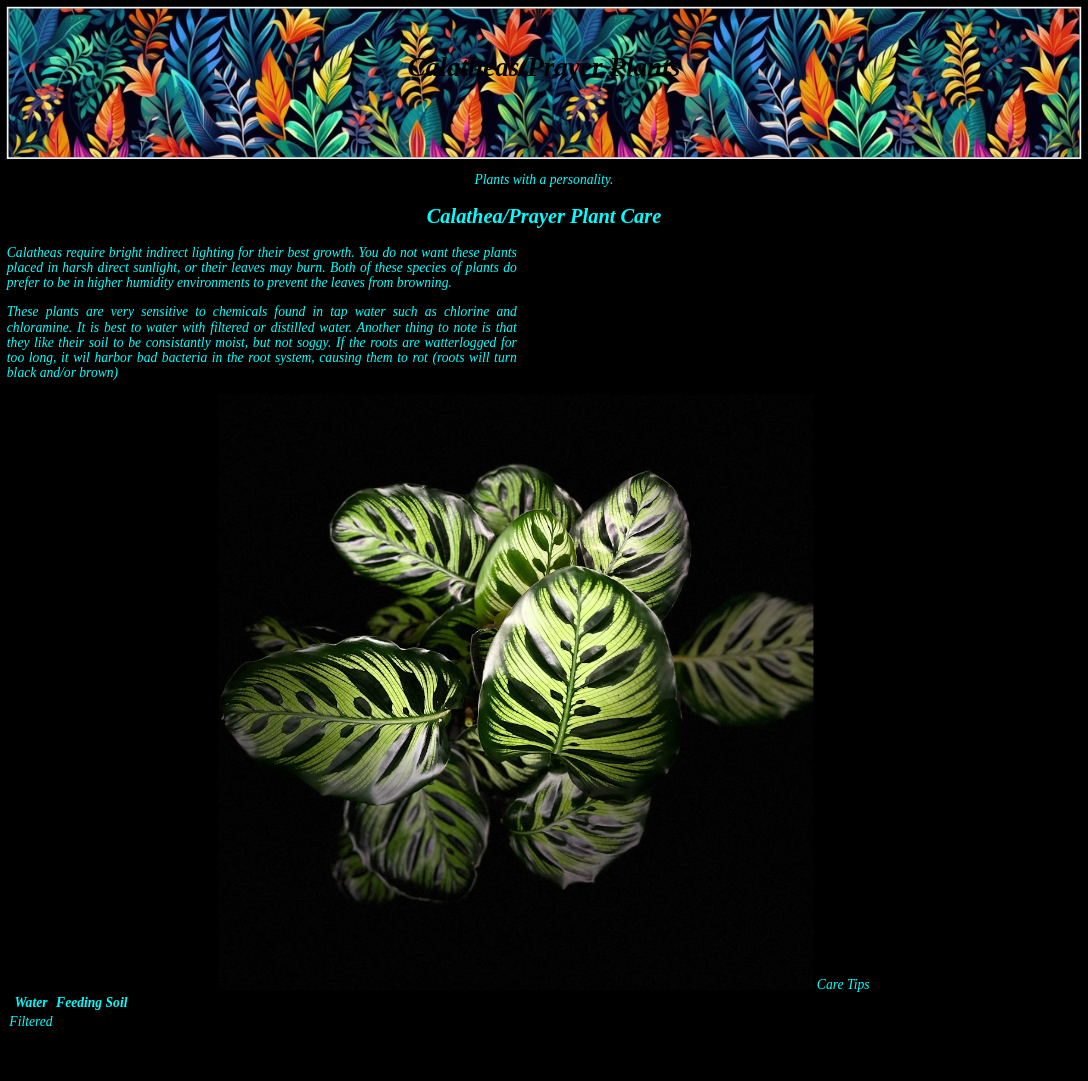
Repository: swillis91/odin-recipies
Page: Planty Page/calatheas.html
These files come from the project's save history. The page is drawn as it stood at one moment and after the next save; the edit follows.
The browser window is 1280 px wide. The pictures show the whole page, at 85% of full size.

Above is the page before, as saved 2023-08-10 00:16:58.

After the next save:
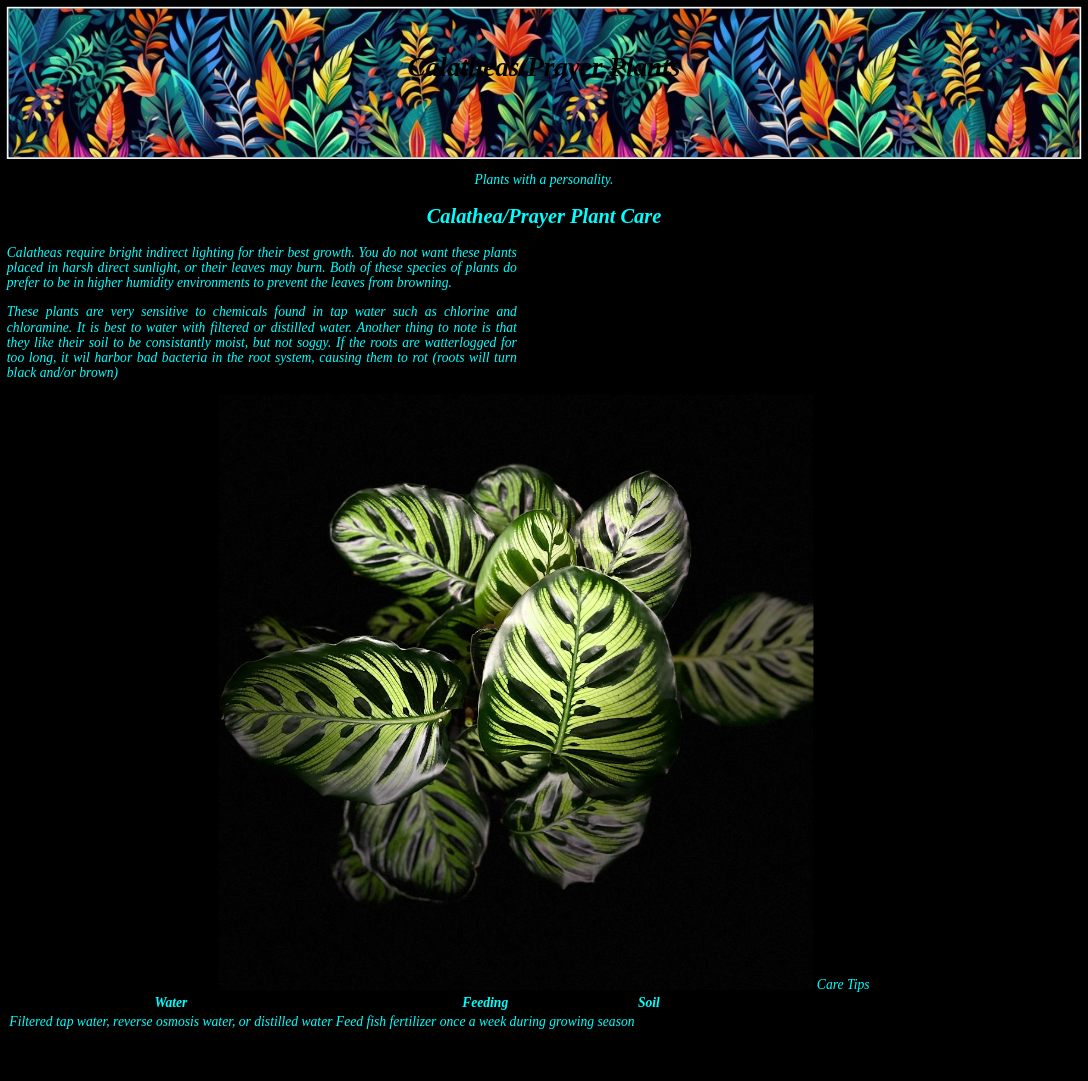
Saved 59 s later.
--- a/Planty Page/calatheas.html
+++ b/Planty Page/calatheas.html
@@ -19,7 +19,8 @@
                     <th>Soil</th>
                 </tr>
                 <tr>
-                    <td>Filtered </td>
+                    <td>Filtered tap water, reverse osmosis water, or distilled water</td>
+                    <td>Feed fish fertilizer once a week during growing season</td>
                 </tr>
 
             </table>
